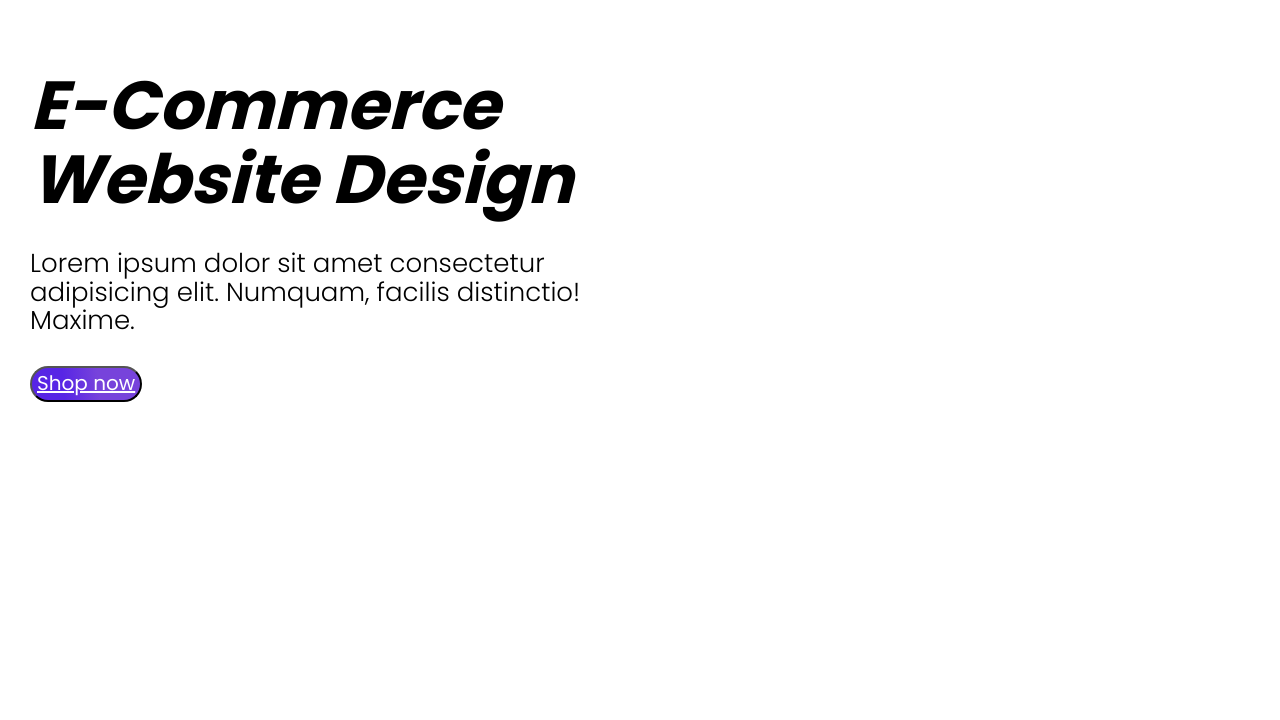
Repository: MehdiKerimov/figma-task-19
Page: pages/homePage/index.html
These files come from the project's save history. The page is drawn as it stood at one moment and after a run of saves; the edit follows.
The browser window is 1280 px wide. The pictures show the whole page.
The style sheet was rebuilt from its Sass, Less or Tailwind sources for each picture, by a compiler version that may differ from the author's.

Above is the page before, as saved 2023-12-02 15:35:19.

### pages/homePage/index.html
<!DOCTYPE html>
<html lang="en">
  <head>
    <meta charset="UTF-8" />
    <meta name="viewport" content="width=device-width, initial-scale=1.0" />
    <title>Document</title>
    <link rel="stylesheet" href="../../assets/css/reset.css" />
    <link rel="stylesheet" href="index.css" />
  </head>
  <body>
    <div class="container">
      <nav>
        <h1>SeifDesign</h1>
        <a href="">Product</a>
        <a href="">Pricing</a>
        <a href="">Contact</a>
      </nav>
      <main>
        <h2>E-Commerce Website Design</h2>
        <p>
          Lorem ipsum dolor sit amet consectetur adipisicing elit. Numquam,
          facilis distinctio! Maxime.
        </p>
        <button><a href="">Shop now</a></button>
      </main>
    </div>
  </body>
</html>

### pages/homePage/index.scss
@import url("https://fonts.googleapis.com/css2?family=Poppins:wght@300;400;600;700&display=swap");
.container {
  min-height: 100vh;

  padding: 30px 30px 43px 30px;
  nav {
    display: flex;
    justify-content: center;
    h1 {
      color: #fff;
      font-family: Poppins;
      font-size: 26px;
      font-style: normal;
      font-weight: 600;
      line-height: normal;
    }
    a {
      text-decoration: none;
      margin-left: 200px;
      color: #fff;
      text-align: center;
      font-family: Poppins;
      font-size: 24px;
      font-style: normal;
      font-weight: 300;
      line-height: normal;
    }
  }
  main {
    h2 {
      width: 608px;
      font-family: Poppins;
      font-size: 68px;
      font-style: italic;
      font-weight: 700;
      line-height: 109%;
    }
    p {
      margin-top: 32px;
      margin-bottom: 32px;
      width: 608px;
      color: #000;
      font-family: Poppins;
      font-size: 26px;
      font-style: normal;
      font-weight: 300;
      line-height: 109%;
    }
    button {
      padding: 5px 5px;
      border-radius: 25px;
      background: linear-gradient(263deg, #7743db 38.81%, #5725e5 70.24%);
      a {
        color: #fff;
        font-family: Poppins;
        font-size: 20px;
        font-style: normal;
        font-weight: 400;
        line-height: 109%;
      }
    }
  }
}

Loaded but not shown: assets/css/reset.css (common file)

After the next 2 saves:
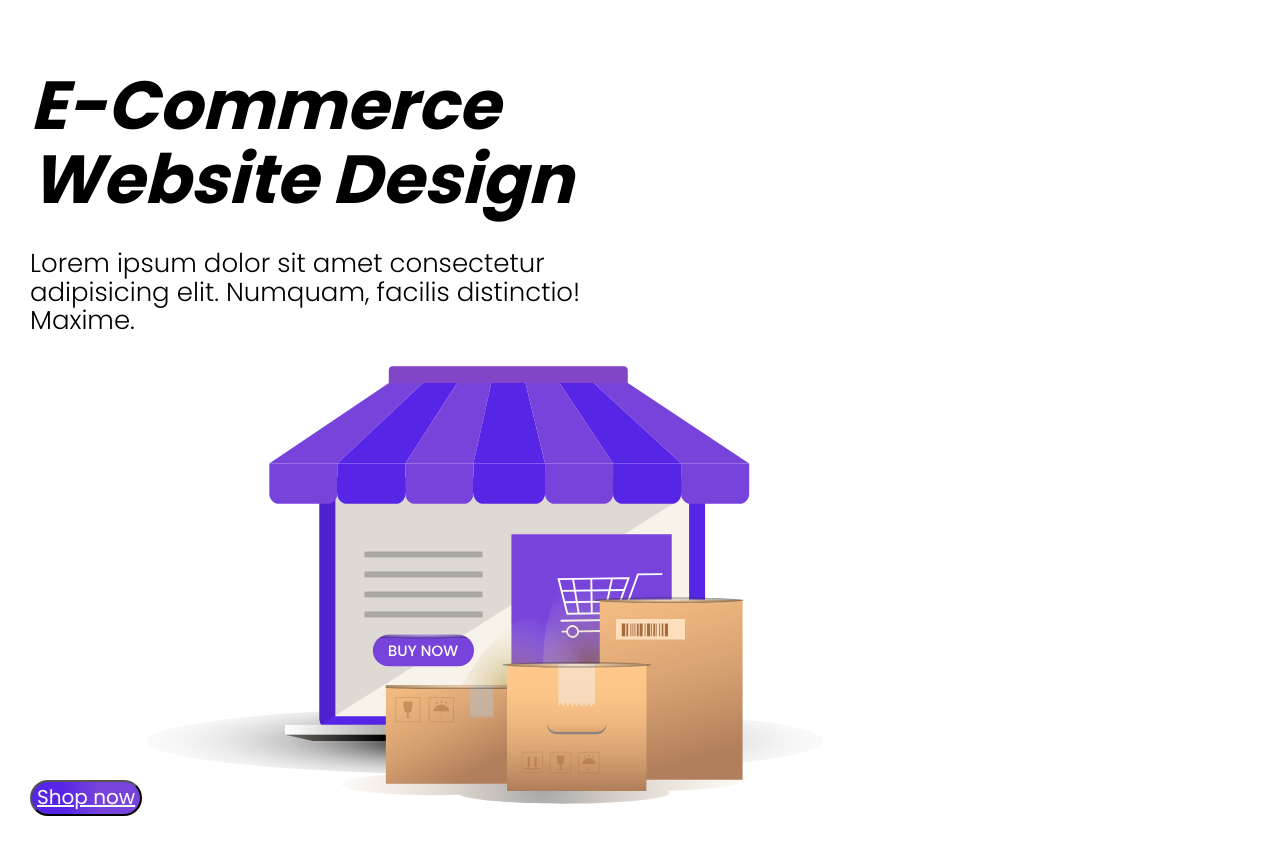
The 2 saves are shown as one change because they came seconds apart.
The last was saved 54 s later.
--- a/pages/homePage/index.html
+++ b/pages/homePage/index.html
@@ -22,6 +22,7 @@
           facilis distinctio! Maxime.
         </p>
         <button><a href="">Shop now</a></button>
+        <img src="../../assets/images/Group (3).svg" alt="">
       </main>
     </div>
   </body>
